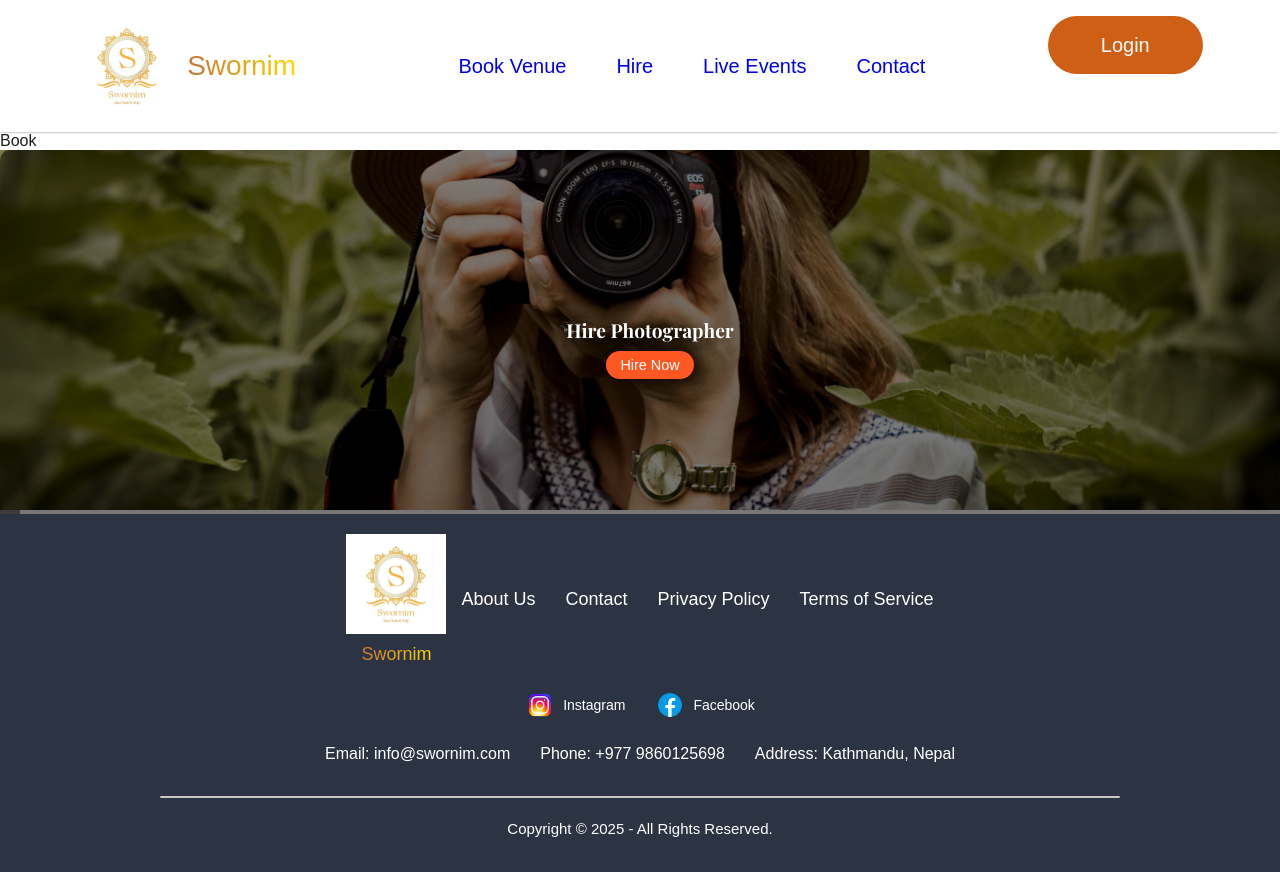
Repository: leonischu/Swornim
Page: / (app in frontend/)
The author's editor kept a copy of each file at every save. The page is drawn from the files as they stood at one save, then again after the next save.
The browser window is 1280 px wide. The pictures show the whole page.
Pictures or frames that could not be fetched are drawn as grey boxes. The project was rebuilt for these pictures with package versions that can differ from the ones it lists, and the page was loaded fresh each time. Also part of the build but not shown: frontend/src/App.css, frontend/src/Pages/Contact.jsx, frontend/src/Pages/LoginSignup.jsx, frontend/src/Components/Clients/Clients.css.

Above is the page before, as saved 2025-06-01 20:13:58.

After the next save:
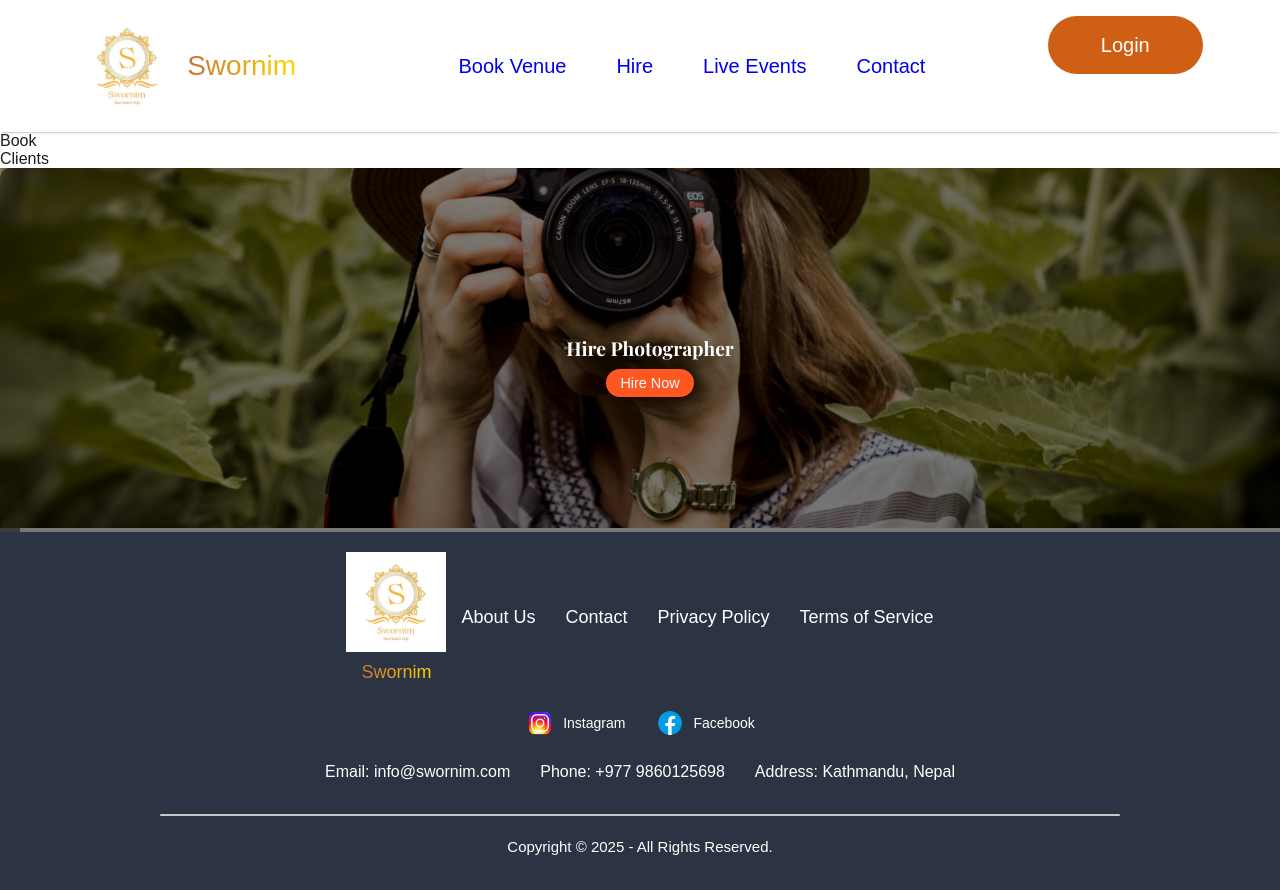
Saved 25 s later.
--- a/frontend/src/Pages/Book.jsx
+++ b/frontend/src/Pages/Book.jsx
@@ -1,8 +1,11 @@
 import React from 'react';
+import { Clients } from '../Components/Clients/Clients';
 
 
 export const Book = () => {
   return (
-    <div>Book</div>
+    <div>Book
+        <Clients/>
+    </div>
   )
 }
